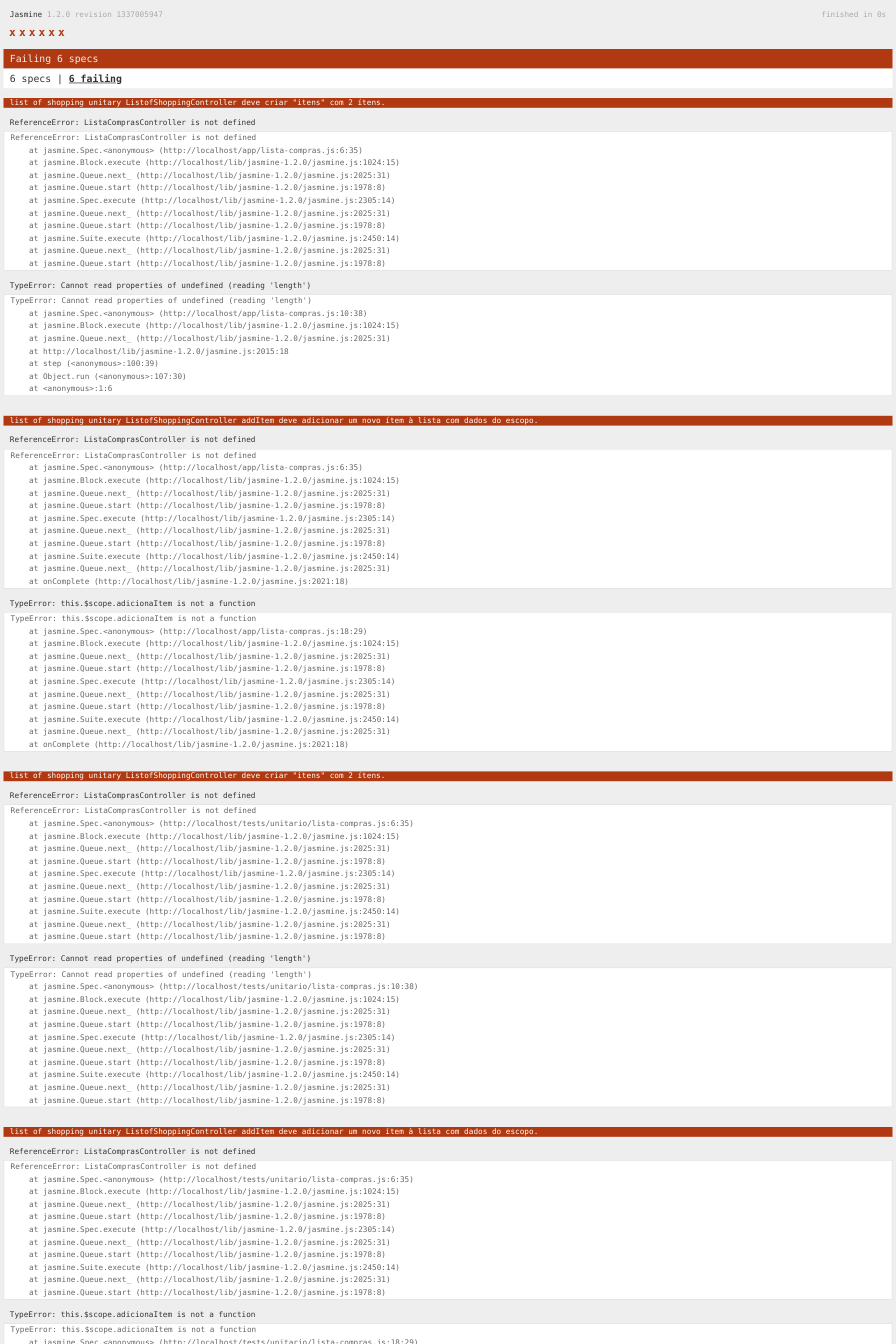
Repository: leoseth/crd
Page: workspace/tests/SpecRunner.html
The author's editor kept a record of every edit. The page is drawn from the files as they stood at one moment, then again after the next edit.
The browser window is 1280 px wide. The pictures show the part of the page from y = 0 to 1920 px (the page is 3134 px tall), at 70% of full size.

Above is the page before.

After the next edit:
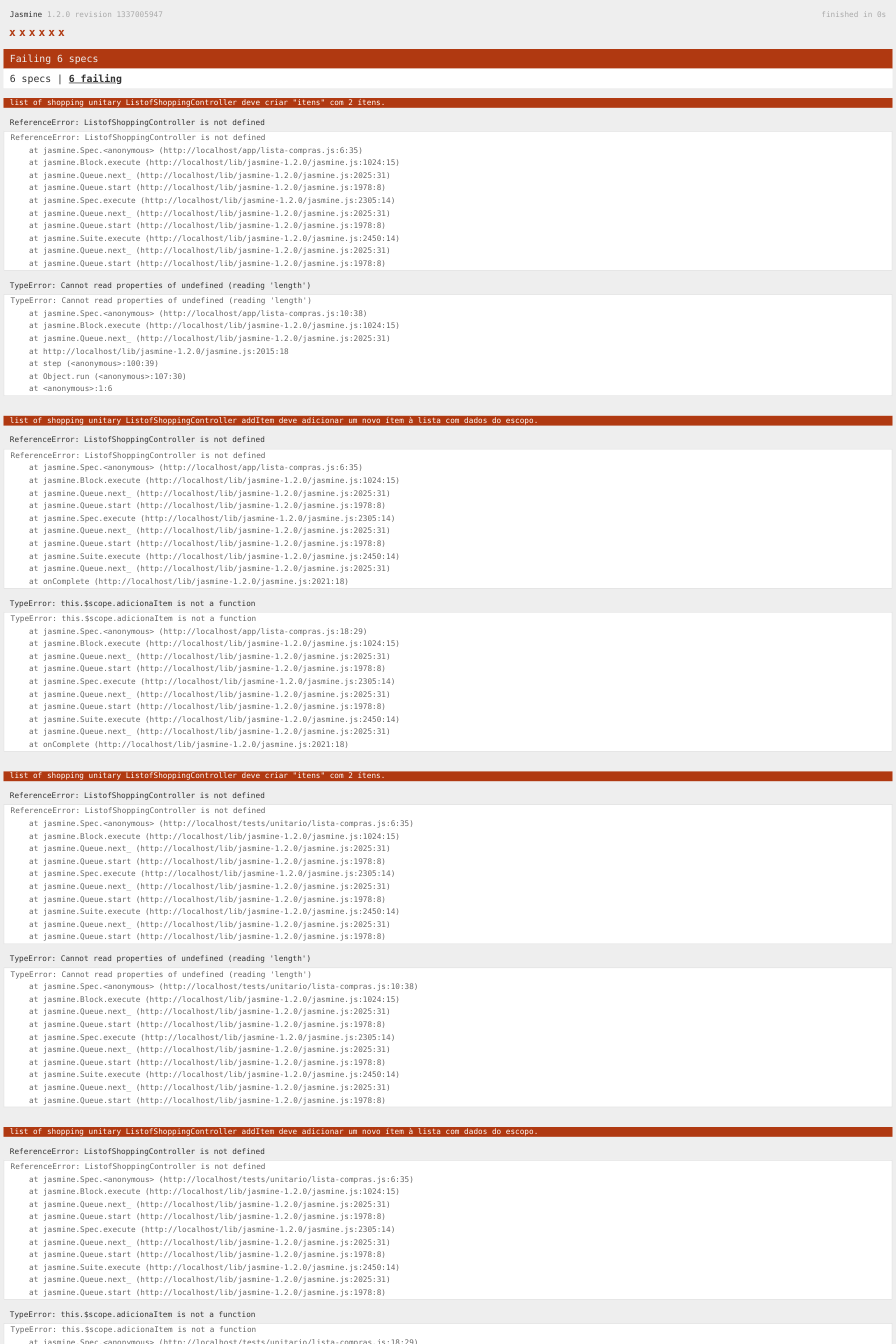
The edit:
--- a/workspace/tests/unitario/lista-compras.js
+++ b/workspace/tests/unitario/lista-compras.js
@@ -3,7 +3,7 @@
     describe('ListofShoppingController', function () {
         beforeEach(function () {
             this.$scope = {};
-            this.controller = new ListaComprasController(this.$scope);
+            this.controller = new ListofShoppingController(this.$scope);
         });
 
         it('deve criar "itens" com 2 ítens', function () {
